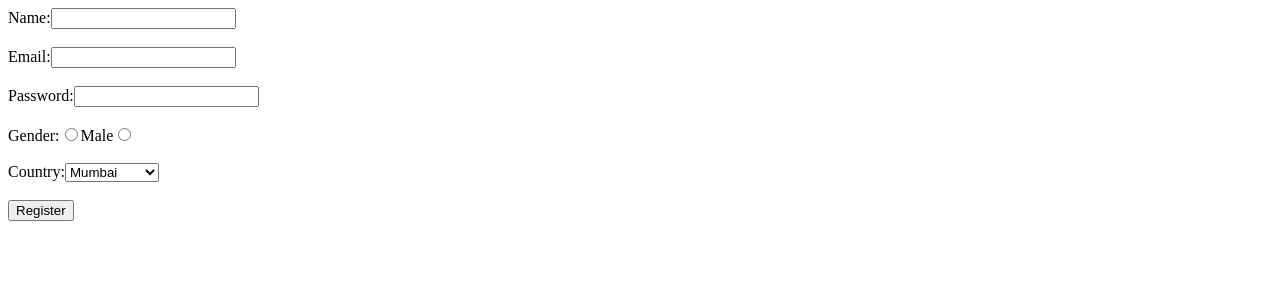
Repository: MohansaiAnuval/Projects-Servlet
Page: http://localhost/Servlet_JDBC/
These files come from the project's save history. The page is drawn as it stood at one moment and after the next save; the edit follows.
The browser window is 1280 px wide. The pictures show the whole page.
The page is served by Tomcat 9.

Above is the page before, as saved 2024-05-29 10:11:26.

### Servlet_JDBC/src/main/webapp/index.jsp
<%@ page language="java" contentType="text/html; charset=ISO-8859-1"
    pageEncoding="ISO-8859-1"%>
<!DOCTYPE html>
<html>
<head>
<meta charset="ISO-8859-1">
<title>Insert title here</title>
</head>
<body>
<form>
Name:<input type="text" name="name1" ><br><br>
Email:<input type="text" name="Email" ><br><br>
Password:<input type="password" name="password" ><br><br>
Gender:<input type="radio" name="gender" value="male">Male<input type="radio" name="gender" value="female"><br><br>
Country:<select>
  <option value="Mumbai">Mumbai</option>
  <option value="Delhi">Delhi</option>
  <option value="Bangalore">Bangalore</option>
  <option value="Hyderabad">Hyderabad</option>
  <option value="Chennai">Chennai</option>
  <option value="Kolkata">Kolkata</option>
  <option value="Ahmedabad">Ahmedabad</option>
  <option value="Pune">Pune</option>
  <option value="Jaipur">Jaipur</option>
  <option value="Surat">Surat</option>
</select><br><br>
<input type="submit" value="Register">



</form>

</body>
</html>

After the next save:
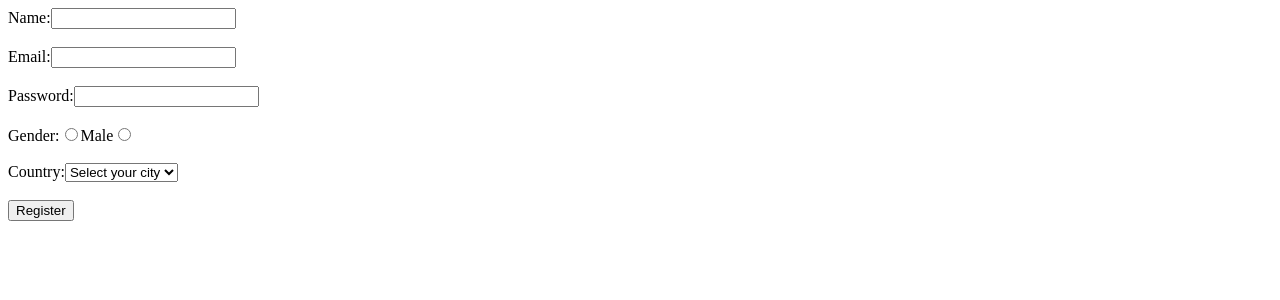
Saved 35 s later.
--- a/Servlet_JDBC/src/main/webapp/index.jsp
+++ b/Servlet_JDBC/src/main/webapp/index.jsp
@@ -13,6 +13,7 @@ Email:<input type="text" name="Email" ><br><br>
 Password:<input type="password" name="password" ><br><br>
 Gender:<input type="radio" name="gender" value="male">Male<input type="radio" name="gender" value="female"><br><br>
 Country:<select>
+ <option >Select your city</option>
   <option value="Mumbai">Mumbai</option>
   <option value="Delhi">Delhi</option>
   <option value="Bangalore">Bangalore</option>
